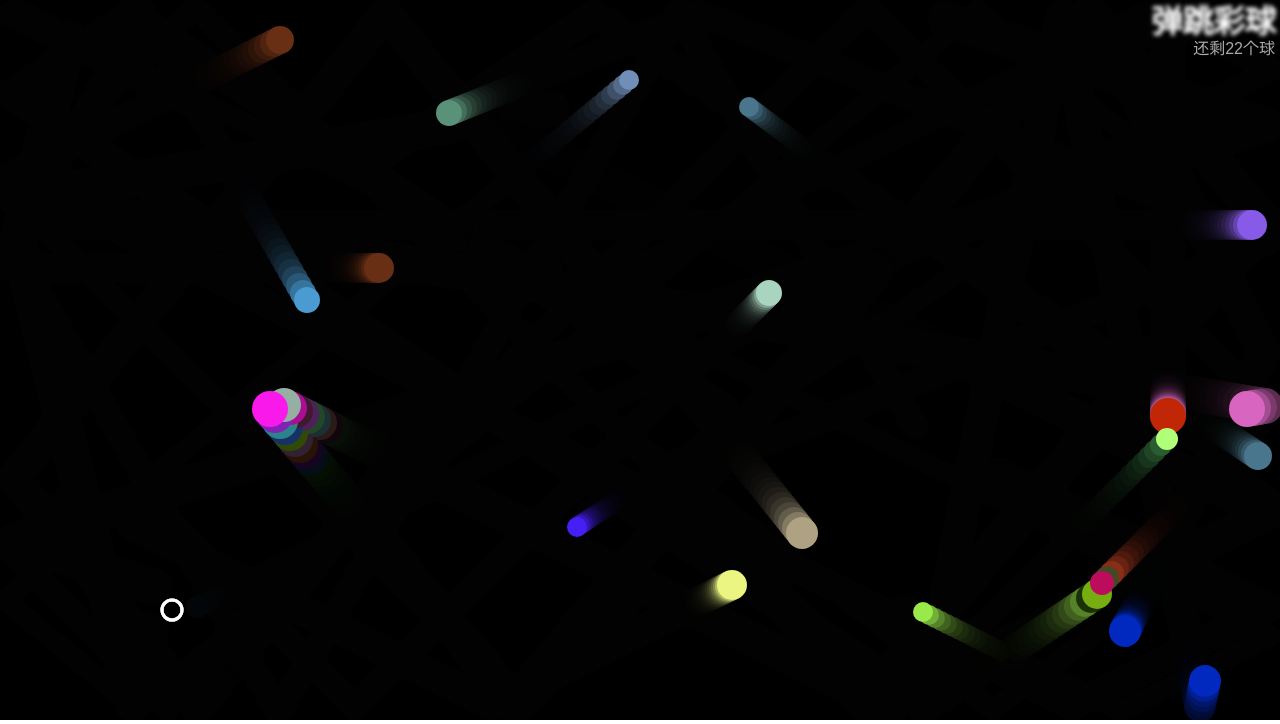
Repository: Valhally/web-projects
Page: docs/index.html
These files come from the project's save history. The page is drawn as it stood at one moment and after the next save; the edit follows.
The browser window is 1280 px wide. The pictures show the whole page.

Above is the page before, as saved 2021-08-23 22:53:44.

### docs/index.html
<!DOCTYPE html>
<html>
  <head>
    <meta charset="utf-8">
    <title>弹跳彩球</title>
    <link rel="stylesheet" href="resources/styles.css">
  </head>

  <body>
    <h1>弹跳彩球</h1>
    <p></p>
    <canvas></canvas>

    <script src="resources/main.js"></script>
  </body>
</html>

### docs/resources/styles.css
html, body {
    margin: 0;
  }

  html {
    font-family: sans-serif;
    height: 100%;
  }

  body {
    overflow: hidden;
    height: inherit;
  }

  h1 {
    font-size: 2rem;
    letter-spacing: -1px;
    position: absolute;
    margin: 0;
    top: -4px;
    right: 5px;

    color: transparent;
    text-shadow: 0 0 4px white;
  }

  p {
    position: absolute;
    margin: 0;
    top: 35px;
    right: 5px;
    color: #aaa;
  }

### docs/resources/main.js
// 设置画布

const canvas = document.querySelector('canvas');
const ctx = canvas.getContext('2d');

const width = canvas.width = window.innerWidth;
const height = canvas.height = window.innerHeight;

const para = document.querySelector('p');

function random(min,max) {
  const num = Math.floor(Math.random() * (max - min)) + min;
  return num;
}

function randomColor() {
  const color = 'rgb(' +
                random(0, 255) + ',' +
                random(0, 255) + ',' +
                random(0, 255) + ')';
  return color;
}

class Shape {
    constructor(x, y, velX, velY, exists) {
        this.x = x;
        this.y = y;
        this.velX = velX;
        this.velY = velY;
        this.exists = exists;
    }

    draw() {
        ctx.beginPath();
        ctx.fillStyle = this.color;
        ctx.arc(this.x, this.y, this.size, 0, 2 * Math.PI);
        ctx.fill();
    }

    update() {
        if((this.x + this.size) >= width) {
          this.velX = -(this.velX);
        }

        if((this.x - this.size) <= 0) {
          this.velX = -(this.velX);
        }

        if((this.y + this.size) >= height) {
          this.velY = -(this.velY);
        }

        if((this.y - this.size) <= 0) {
          this.velY = -(this.velY);
        }

        this.x += this.velX;
        this.y += this.velY;
    };

    collisionDetect() {
        for(let j = 0; j < balls.length; j++) {
            if(this !== balls[j]) {
              const dx = this.x - balls[j].x;
              const dy = this.y - balls[j].y;
              const distance = Math.sqrt(dx * dx + dy * dy);

              if (distance < this.size + balls[j].size) {
                balls[j].color = this.color = randomColor();
              }
            }
        }
    }
}

class Ball extends Shape {
    constructor(x, y, velX, velY, color, size, exists) {
        super(x, y, velX, velY, exists);
        this.color = color;
        this.size = size;
    }
}

class EvilCircle extends Shape {
    constructor(x, y, exists) {
        super(x, y, 10, 10, exists);
        this.color = 'white';
        this.size = 10;

        this.aDown = false;
        this.sDown = false;
        this.wDown = false;
        this.dDown = false;
    }

    draw() {
        ctx.beginPath();
        ctx.lineWidth = 3;
        ctx.strokeStyle = this.color;
        ctx.arc(this.x, this.y, this.size, 0, 2 * Math.PI);
        ctx.stroke();
    }

    update() {
        if(this.aDown) this.x -= this.velX;
        if(this.dDown) this.x += this.velX;
        if(this.wDown) this.y -= this.velY;
        if(this.sDown) this.y += this.velY;

        if((this.x + this.size) >= width) {
            this.x -= this.size;
          }

          if((this.x - this.size) <= 0) {
            this.x -= this.size;
          }

          if((this.y + this.size) >= height) {
            this.y -= this.size;
          }

          if((this.y - this.size) <= 0) {
            this.y -= this.size;
          }
    }

    setControls() {
        window.onkeydown = e => {
            switch(e.key) {
                case 'a':
                    this.aDown = true;
                    break;
                case 'd':
                    this.dDown = true;
                    break;
                case 'w':
                    this.wDown = true;
                    break;
                case 's':
                    this.sDown = true;
                    break;
            }
        }

        window.onkeyup = e => {
            switch(e.key) {
                case 'a':
                    this.aDown = false;
                    break;
                case 'd':
                    this.dDown = false;
                    break;
                case 'w':
                    this.wDown = false;
                    break;
                case 's':
                    this.sDown = false;
                    break;
            }
        }
    }

    collisionDetect() {
        for(let j = 0; j < balls.length; j++) {
            if(balls[j].exists) {
              const dx = this.x - balls[j].x;
              const dy = this.y - balls[j].y;
              const distance = Math.sqrt(dx * dx + dy * dy);

              if (distance < this.size + balls[j].size) {
                balls[j].exists = false;
              }
            }
        }
    }

}

let balls = [];
let evil = new EvilCircle(
    random(0 + 10, width - 10),
    random(0 + 10, height - 10),
    true
);
evil.setControls();

while(balls.length < 25) {
  const size = random(10,20);
  let ball = new Ball(
    random(0 + size, width - size),
    random(0 + size, height - size),
    random(-7, 7),
    random(-7, 7),
    randomColor(),
    size,
    true
  );
  balls.push(ball);
}

function loop() {
  ctx.fillStyle = 'rgba(0,0,0,0.25)';
  ctx.fillRect(0,0,width,height);

  let ballCount = 0;

  for(let i = 0; i < balls.length; i++) {
    if(!balls[i].exists) continue;
    balls[i].draw();
    balls[i].update();
    balls[i].collisionDetect();

    ballCount++;
  }

  evil.draw();
  evil.update();
  evil.collisionDetect();

  para.textContent = '还剩' + ballCount + '个球';

  requestAnimationFrame(loop);
}

loop();

After the next save:
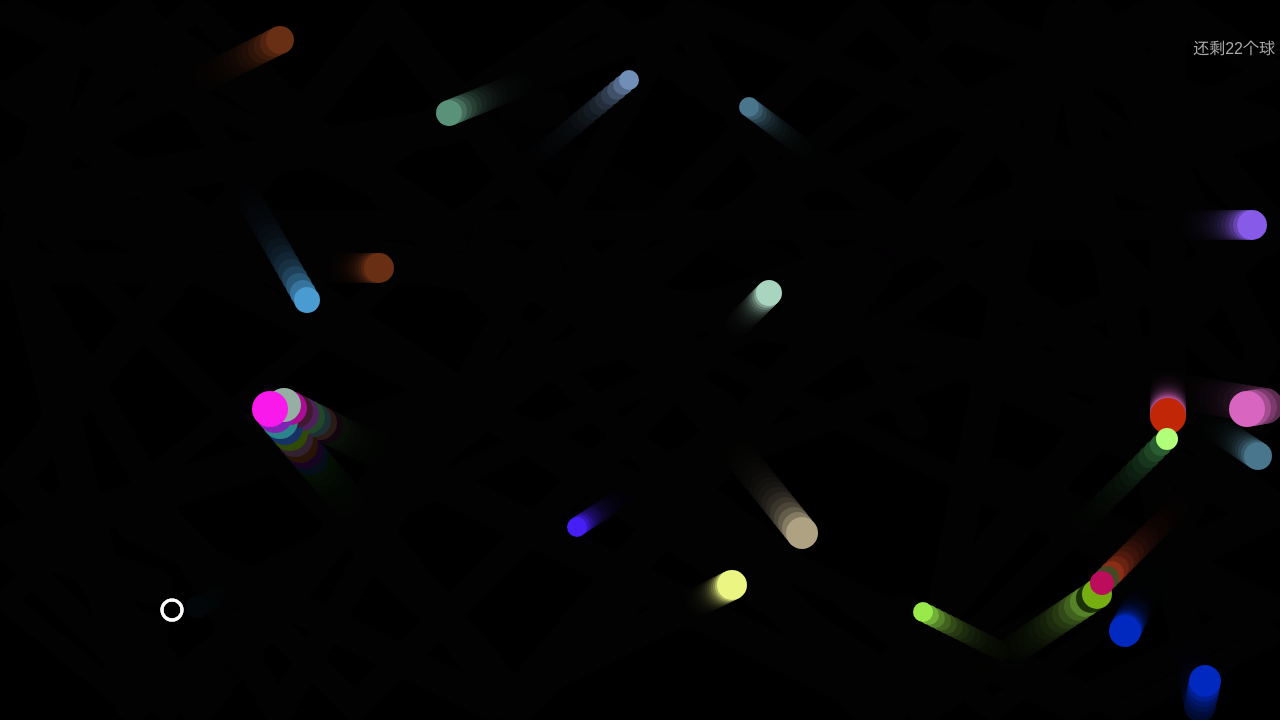
Saved 52 s later.
--- a/docs/index.html
+++ b/docs/index.html
@@ -7,7 +7,6 @@
   </head>
 
   <body>
-    <h1>弹跳彩球</h1>
     <p></p>
     <canvas></canvas>
 
